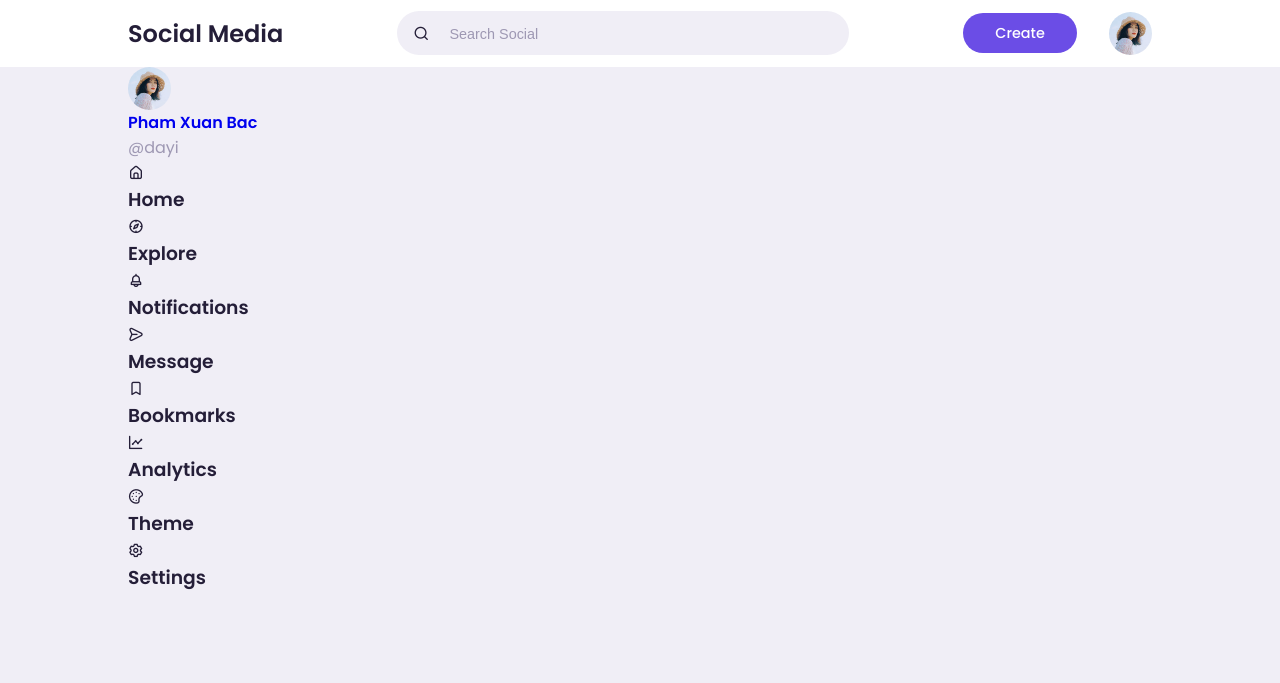
Repository: northpx/socialMedia
Page: index.html
An editor plug-in stored every save of this project. The page is shown before and after the next save, followed by the edit.
The browser window is 1280 px wide. The pictures show the whole page.

Above is the page before, as saved 2023-03-07 17:02:42.

### index.html
<!DOCTYPE html>
<html lang="en">
<head>
    <meta charset="UTF-8">
    <meta http-equiv="X-UA-Compatible" content="IE=edge">
    <meta name="viewport" content="width=device-width, initial-scale=1.0">
    <link rel="stylesheet" href="/css/style.css">
    <link rel="stylesheet" href="https://unicons.iconscout.com/release/v4.0.0/css/line.css">
    <title>Social Media</title>
</head>
<body>
    <nav>
        <div class="container">
            <h2 class="logo">
                Social Media
            </h2>
            <div class="search-bar">
                <i class="uil uil-search"></i>
                <input type="search" placeholder="Search Social">
            </div>
            <div class="create">
                <label for="create-post" class="btn btn-primary">Create</label>
                <div class="profile-picture">
                    <img src="./images/profile-1.jpg" alt="">
                </div>
            </div>
        </div>
    </nav>

    <main>
        <div class="container">
            <!-- ===========LEFT================ -->
            <div class="left">
                <a href="#" class="profile">
                    <div class="profile-picture">
                        <img src="./images/profile-1.jpg" alt="">
                    </div>
                    <div class="handle">
                        <h4>Pham Xuan Bac</h4>
                        <p class="text-muted">
                            @dayi
                        </p>
                    </div>
                </a>
                <!-- =================SIDEBAR=========== -->
                <div class="sidebar">
                    <a class="menu-item active">
                        <span><i class="uil uil-estate"></i></span><h3>Home</h3>
                    </a>
                    <a class="menu-item">
                        <span><i class="uil uil-compass"></i></span><h3>Explore</h3>
                    </a>
                    <a class="menu-item">
                        <span><i class="uil uil-bell"></i></span><h3>Notifications</h3>
                    </a>
                    <a class="menu-item">
                        <span><i class="uil uil-message"></i></span><h3>Message</h3>
                    </a>



                    <span><i class="uil uil-bookmark"></i></span><h3>Bookmarks</h3>
                    <span><i class="uil uil-chart-line"></i></span><h3>Analytics</h3>
                    <span><i class="uil uil-palette"></i></span><h3>Theme</h3>
                    <span><i class="uil uil-setting"></i></span><h3>Settings</h3>
                </div>
            </div>
            <!-- ===============MIDDLE============== -->
            <div class="middle">

            </div>
            <!-- ==============RIGHT============== -->
            <div class="right">

            </div>
        </div>
    </main>
</body>
</html>

### css/style.css
@import url("https://fonts.googleapis.com/css2?family=Poppins:ital,wght@0,400;0,500;0,600;1,400;1,500;1,600&family=Roboto:ital,wght@0,100;0,300;0,400;0,500;0,700;0,900;1,100;1,300;1,400;1,500;1,700;1,900&display=swap");
:root {
  --color-white: hsl(252,30%,100%);
  --color-light: hsl(252,30%,95%);
  --color-gray: hsl(252,15%,65%);
  --color-primary: hsl(252,75%,60%);
  --color-secondary: hsl(252,100%,90%);
  --color-success: hsl(120,95%,65%);
  --color-danger: hsl(0,95%,65%);
  --color-dark: hsl(252,30%,17%);
  --color-black: hsl(252,30%,10%);
  --border-radius: 2rem;
  --card-border-radius: 1rem;
  --btn-padding: 0.6rem 2rem;
  --search-padding: 0.6rem 1rem;
  --card-padding: 1rem;
  --sticky-top-left: 5.4rem;
  --sticky-top-right: -18rem;
}

*, *::before, *::after {
  margin: 0;
  padding: 0;
  outline: 0;
  box-sizing: border-box;
  text-decoration: none;
  list-style: none;
  border: none;
}

body {
  font-family: "Poppins", sans-serif;
  color: var(--color-dark);
  background: var(--color-light);
  overflow-x: hidden;
}

.container{
    width: 80%;
    margin: 0 auto;
}

.profile-picture{
    width: 2.7rem;
    aspect-ratio: 1/1;
    border-radius: 50%;
    overflow: hidden;
}

img{
    display: block;
    width: 100%;
}

.btn{
    display:  inline-block;
    padding: var(--btn-padding);
    font-weight: 500;
    border-radius: var(--border-radius);
    cursor: pointer;
    transition: all .3s ease;
    font-size: 0.9rem;
}

.btn:hover{
    opacity: 0.8;
}

.btn-primary{
    background: var(--color-primary);
    color: white;
}

.text-bold{
    font-weight: 500;
}

.text-muted{
    color: var(--color-gray);
}

nav{
    width: 100%;
    background: var(--color-white);
    padding: 0.7rem 0;
    top: 0;
    z-index: 10;
}

nav .container{
    display: flex;
    align-items: center;
    justify-content: space-between;
}

nav .search-bar{
    background: var(--color-light);
    border-radius: var(--border-radius);
    padding: var(--search-padding);
}

nav .search-bar input[type="search"]{
    background: transparent;
    width: 30vw;
    margin-left: 1rem;
    font-size: 0.9rem;
    color: var(--color-dark);
}

nav .search-bar input[type="search"]::placeholder{
    color: var(--color-gray);

}

nav .create{
    display: flex;
    align-items: center;
    gap: 2rem;
}

After the next save:
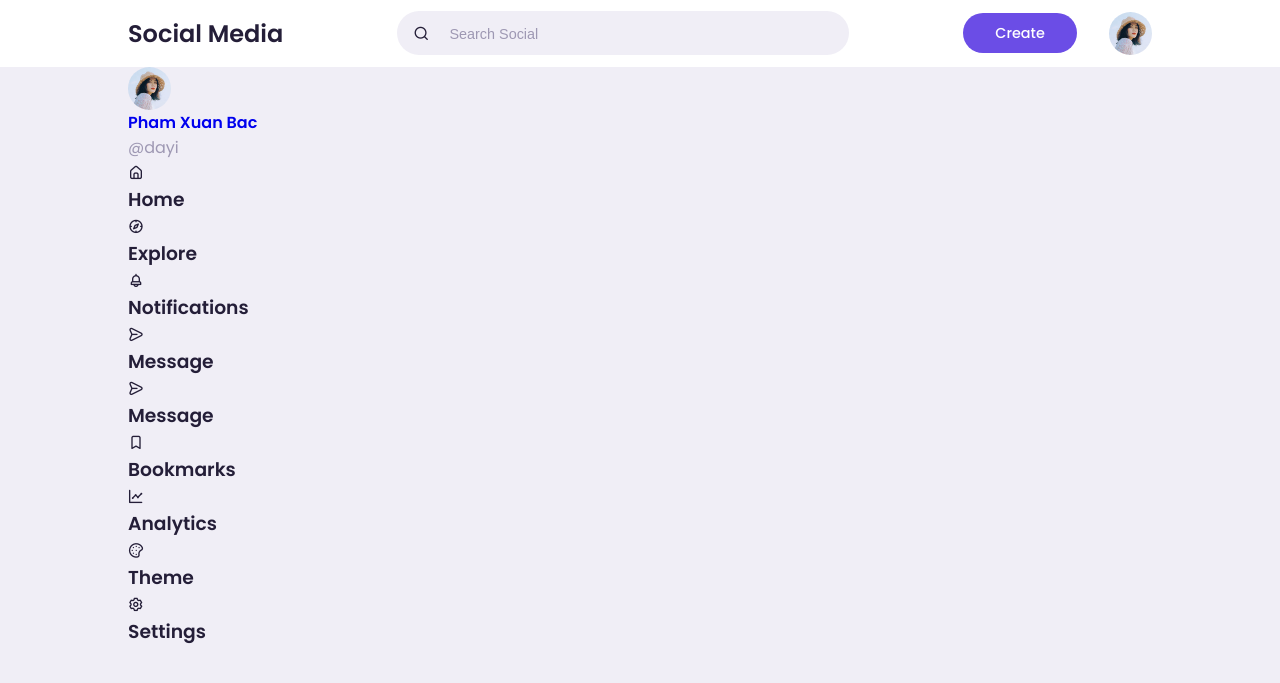
Saved 6 s later.
--- a/index.html
+++ b/index.html
@@ -56,6 +56,9 @@
                     <a class="menu-item">
                         <span><i class="uil uil-message"></i></span><h3>Message</h3>
                     </a>
+                    <a class="menu-item">
+                        <span><i class="uil uil-message"></i></span><h3>Message</h3>
+                    </a>
 
 
 
